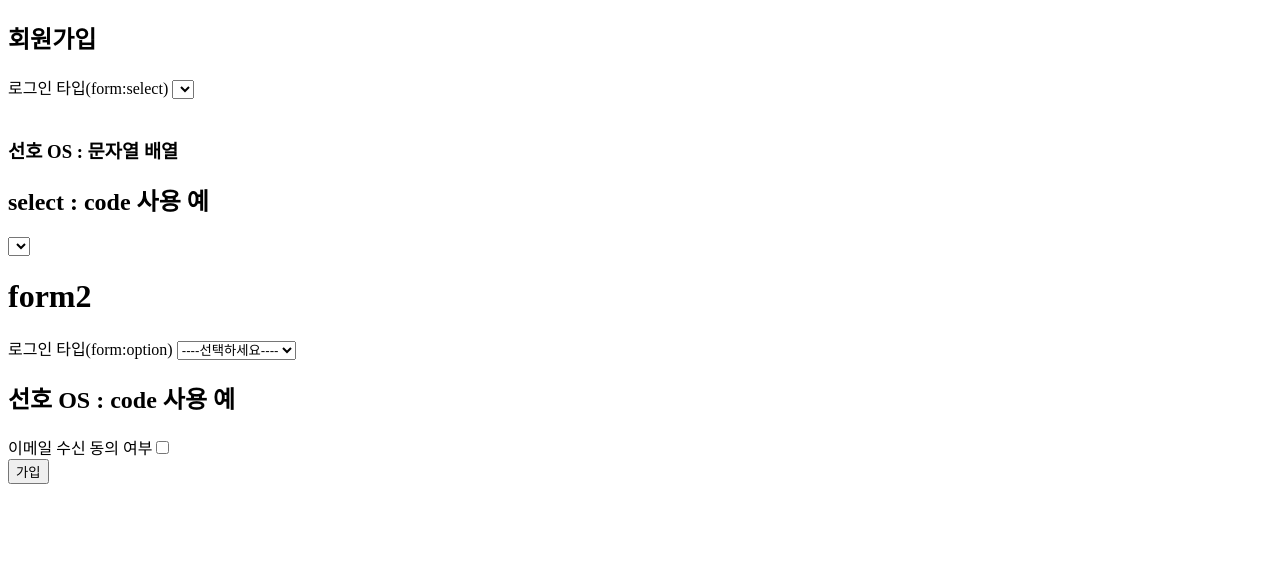
Repository: hanskim431/STS_Study
Page: http://localhost/sp5-chap11/WEB-INF/view/form/form2.jsp
The author's editor kept a copy of each file at every save. The page is drawn from the files as they stood at one save, then again after the next save.
The browser window is 1280 px wide. The pictures show the whole page.
The page is served by Tomcat 9. Nobody is signed in. The template is opened directly, without the code that normally fills it, so the values that code supplies are empty.

Above is the page before, as saved 2023-06-09 03:09:17.

After the next save:
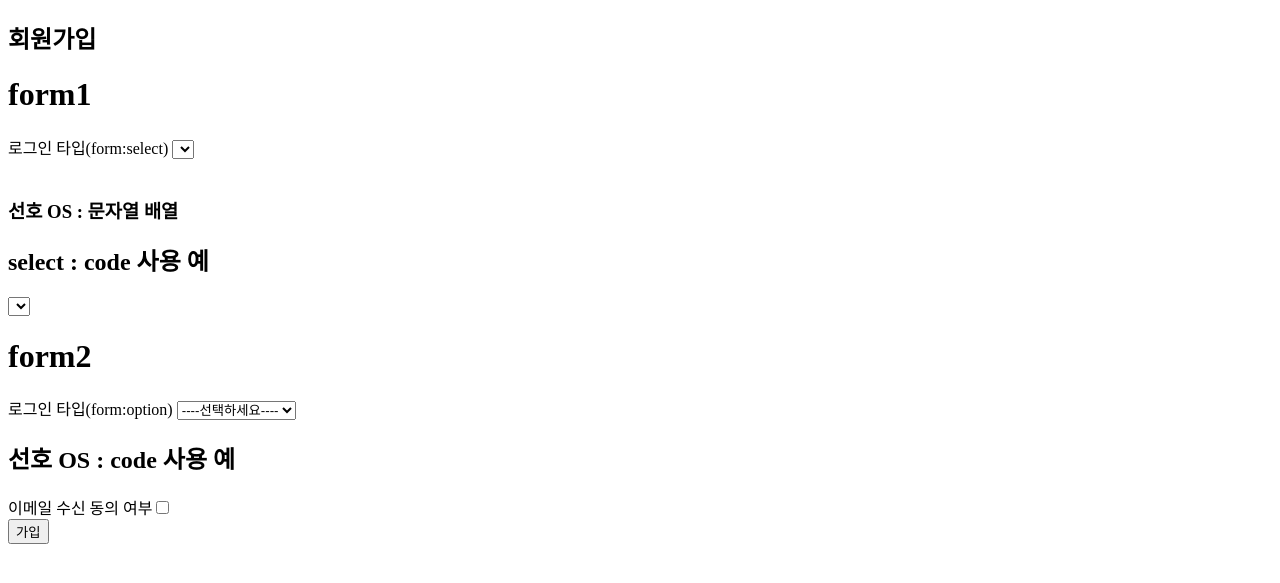
Saved 25 s later.
--- a/sp5-chap11/src/main/webapp/WEB-INF/view/form/form2.jsp
+++ b/sp5-chap11/src/main/webapp/WEB-INF/view/form/form2.jsp
@@ -11,6 +11,7 @@
 <body>
 <h2>회원가입</h2>
 <form:form modelAttribute="formCommand">
+	<h1>form1</h1>
 	<!--  -->
 	<div>
 		<label for="loginType">로그인 타입(form:select)</label>
